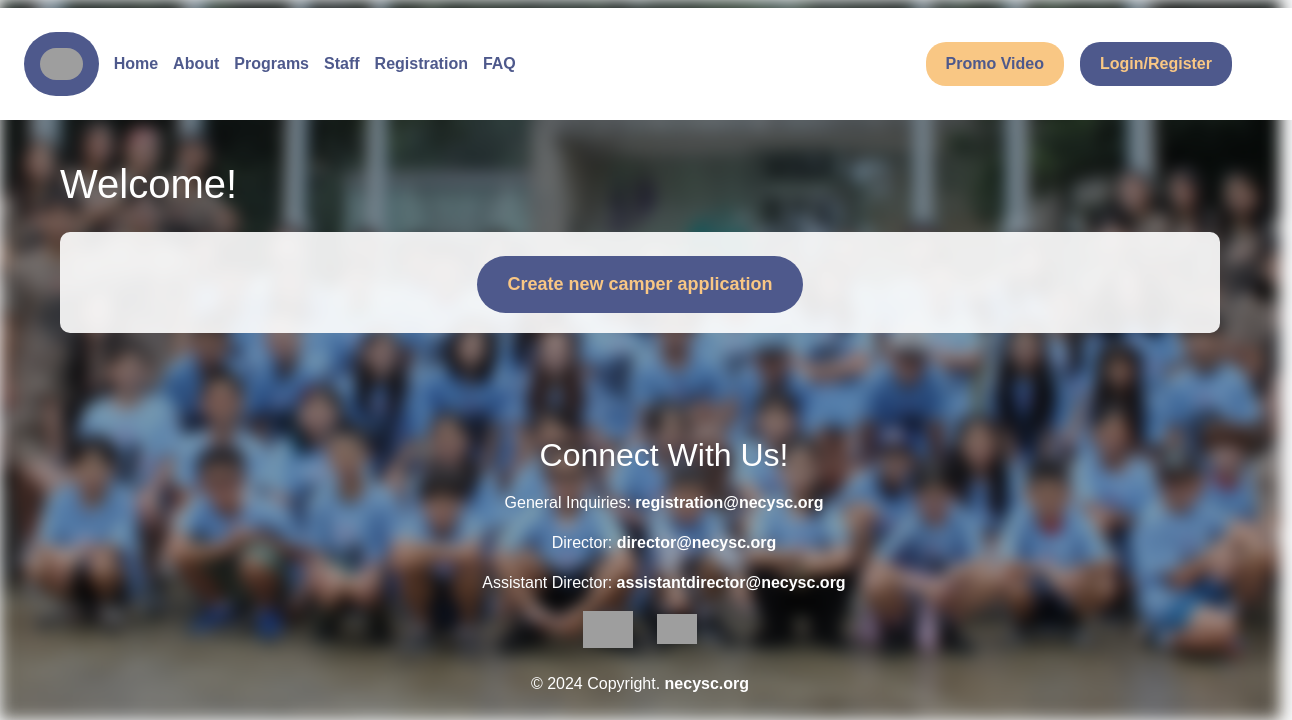
Repository: fullstackatbrown/project-necysc
Page: necysc_app/templates/necysc_app/applicant/index.html
The author's editor kept a copy of each file at every save. The page is drawn from the files as they stood at one save, then again after the next save.
The browser window is 1280 px wide. The page is 1292 px wide, so the pictures cover 1292 px, including what lies to the right of the window. The pictures show the whole page.
Pictures or frames that could not be fetched are drawn as grey boxes. Some web fonts or font styles are not loaded; a fallback is used. The template is drawn by Django 5.2. The application's start-up code is not run. Other server files are loaded and not shown. The template is opened directly, without the code that normally fills it, so the values that code supplies are empty.

Above is the page before, as saved 2024-12-04 01:54:10.

### necysc_app/templates/necysc_app/applicant/index.html
{% extends "necysc_app/base.html" %}
{% load static %}
{% block title %} Applicant Portal {% endblock %}
{% block content %}
<link rel="stylesheet" href="{% static 'necysc_app/applicant_home.css' %}">

<style>
    body {
        background-color: #f8f9fa;
        margin: 0;
        padding: 0;
        height: 100%;
        width: 100%;
        overflow: hidden;
    }

    .background {
        position: fixed;
        top: 0;
        left: 0;
        width: 100%;
        height: 100%;
        z-index: -1;
        background-image: url("{% static 'necysc_app/images/necyscbannerimage.jpg' %}");
        background-size: cover;
        background-position: center;
        filter: blur(8px);
    }

    .container {
        position: relative;
        z-index: 1;
        background-color: rgba(255, 255, 255, 0.9);
        padding: 20px;
        border-radius: 10px;
        max-width: 1200px;
        margin: auto;
        margin-top: 20px;
    }

    h1, p, a, button {
        position: relative;
        z-index: 2;
    }

    .glow {
        transition: box-shadow 0.3s ease-in-out;
    }

    .glow:hover {
        box-shadow: 0 0 20px 2px rgba(0, 0, 0, 0.15);
    }
    </style>
    <div class="background"></div>

    <h1 class="welcome-title">Welcome!</h1>
{% if applications %}
    <div class="container mb-4">
        {% for application in applications %}
        <div class="card col-4 glow">
            <a href="{% url 'necysc_app:application_detail' application.id %}" class="application-card-link">
                <div class="card-body">
                    <h5 class="card-title"><span>{{ application.applicant_fname }}
                        {{ application.applicant_lname }}</span>
                        {% if application.app_status == 'A' %}
                        <span class="badge bg-success float-end">Accepted </span>
                        {% elif application.app_status == 'P' %}
                        <span class="badge bg-secondary float-end">Pending</span>
                        {% else %}
                        <span class="badge bg-danger float-end">Rejected</span>
                        {% endif %}

                    </h5>
                    <!-- horizontal line-->
                    <hr>
                    <p class="card-text fw-light">Year: {{application.app_year}}</p>
                    <p class="card-text m-0 fw-light">Health Status: {{application.health_record_status}}</p>
                </div>

            </a>
        </div>
        {% endfor %}
    </div>
{% endif %}


<div class="container mt-4 pt-4 text-center">
    <a class="btn-purple enlarged-btn"
        href="{% url 'necysc_app:new_application' %}">Create new camper application</a>
</div>

<style>
/* 居中容器 */
.container.text-center {
    display: flex;
    justify-content: center;
    align-items: center;
    flex-direction: column;
}

/* 按钮样式 */
.btn-purple {
    background-color: #4e598c;
    color: #f9c784;
    transition: all 0.3s ease;
    border: none;
    padding: 15px 30px; /* 增加按钮的内边距 */
    cursor: pointer;
    width: auto; /* 取消固定宽度 */
    font-size: 18px; /* 增加字体大小 */
    border-radius: 50px;
}

.btn-purple:hover {
    background-color: #f9c784;
    color: #ffffff;
}

/* 放大按钮效果 */
.enlarged-btn {
    transform: scale(1); /* 默认比例 */
    transition: transform 0.3s ease;
}

.enlarged-btn:hover {
    transform: scale(1.2); /* 鼠标悬停时放大 1.2 倍 */
}

/* glow 效果 */
.glow {
    transition: box-shadow 0.3s ease-in-out;
}

.glow:hover {
    box-shadow: 0 0 20px 2px rgba(0, 0, 0, 0.15); /* 调整光晕效果 */
}
</style>

{% endblock %}

### necysc_app/templates/necysc_app/base.html
<!DOCTYPE html>
<html lang="en">
	<!-- Header -->
	{% load static %} {% include 'necysc_app/header.html' %}

	<head>
		<!-- Required meta tags -->
		<meta charset="utf-8" />
		<meta name="viewport" content="width=device-width, initial-scale=1" />

		<!--Bootstrap CSS-->
		<link
			href="https://cdn.jsdelivr.net/npm/bootstrap@5.0.2/dist/css/bootstrap.min.css"
			rel="stylesheet"
			integrity="sha384-EVSTQN3/azprG1Anm3QDgpJLIm9Nao0Yz1ztcQTwFspd3yD65VohhpuuCOmLASjC"
			crossorigin="anonymous"
		/>

		<title>{% block title %} {% endblock %}</title>
		<link rel="preconnect" href="https://fonts.googleapis.com" />
		<link rel="preconnect" href="https://fonts.gstatic.com" crossorigin />
		<link
			href="https://fonts.googleapis.com/css2?family=Roboto+Mono:ital,wght@0,100..700;1,100..700&display=swap"
			rel="stylesheet"
		/>

		<!--global Hind font-->
		<link
			href="https://fonts.googleapis.com/css2?family=Hind:wght@400;500;600&display=swap"
			rel="stylesheet"
		/>
		<style>
			body {
				font-family: "Hind", sans-serif;
			}
		</style>

	</head>

	<body>
		<!-- Navbar -->
		{% include 'necysc_app/navbar.html' %}

		<!-- Content -->
		<div class="container">{% block content %} {% endblock %}</div>

		<!-- Footer -->
		{% include 'necysc_app/footer.html' %}

		<!--Bootstrap JavaScript Plugins-->
		<script
			src="https://cdn.jsdelivr.net/npm/bootstrap@5.0.2/dist/js/bootstrap.bundle.min.js"
			integrity="sha384-MrcW6ZMFYlzcLA8Nl+NtUVF0sA7MsXsP1UyJoMp4YLEuNSfAP+JcXn/tWtIaxVXM"
			crossorigin="anonymous"
		></script>
	</body>
</html>

### necysc_app/templates/necysc_app/header.html
<!-- Header -->
<head>
    <meta charset="UTF-8" />
    <!-- Bootstrap Imports -->
    <link
      href="https://cdn.jsdelivr.net/npm/bootstrap@5.0.2/dist/css/bootstrap.min.css"
      rel="stylesheet"
      integrity="sha384-EVSTQN3/azprG1Anm3QDgpJLIm9Nao0Yz1ztcQTwFspd3yD65VohhpuuCOmLASjC"
      crossorigin="anonymous"
    />
    <link
      href="https://cdn.jsdelivr.net/npm/bootstrap-icons@1.8.1/font/bootstrap-icons.css"
      rel="stylesheet"
    />
    <script
    src="https://cdn.jsdelivr.net/npm/bootstrap@5.0.2/dist/js/bootstrap.bundle.min.js"
    integrity="sha384-MrcW6ZMFYlzcLA8Nl+NtUVF0sA7MsXsP1UyJoMp4YLEuNSfAP+JcXn/tWtIaxVXM"
    crossorigin="anonymous"
    ></script>
    <meta name="viewport" content="width=device-width, initial-scale=1" />
    {% load static %}
    <link href="{% static 'necysc_app/style.css' %}" rel="stylesheet" />
    <link rel="icon" href="{%  static 'necysc_app/images/favicon.ico' %}">
</head>

### necysc_app/templates/necysc_app/navbar.html
<!DOCTYPE html>
<html>
<head>
    <title>Your Page Title</title>
    <style>
        a {
            font-weight: bold;
            text-decoration: none;
        }

        .dropdown {
            position: relative;
            display: inline-block;
        }

        .dropdown-content {
            display: none;
            position: absolute;
            background-color: #f9f9f9;
            min-width: 160px;
            box-shadow: 0px 8px 16px 0px rgba(0, 0, 0, 0.2);
            z-index: 10;
            top: 100%;
        }

        .dropdown-content a {
            color: #4e598c;
            padding: 12px 16px;
            text-decoration: none;
            display: block;
            transition: color 0.3s ease, background-color 0.3s ease;
        }

        .dropdown-content a:hover {
            background-color: #4e598c;
            color: #F9C784;
        }

        .dropdown:hover .dropdown-content {
            display: block;
        }

        .navbar-link {
            color: #4e598c;
            transition: color 0.3s ease;
        }

        .navbar-link:hover {
            color: #F9C784;
            background: #4e598c;
            transition: color 0.3s ease;
            padding: 10px 20px;
            border-radius: 9px;
        }

        .active {
            color: #F9C784;
            background: #4e598c;
            padding: 10px 20px;
            text-decoration: none;
            border-radius: 9px;
        }


        .btn-login {
            background-color: #4e598c;
            color: #F9C784;
            transition: all 0.3s ease;
            padding: 10px 20px;
            border-radius: 20px;
            display: inline-block;
            text-align: center;
        }

        .btn-login:hover {
            background-color: #F9C784;
            color: #FFFFFF;
        }

        .btn-padding {
            padding: 10px 20px;
            border-radius: 20px;
            display: inline-block;
            text-align: center;
            background: #F9C784;
            color: #4e598c;
            transition: all 0.3s ease;
        }

        .btn-padding:hover {
            background-color: #4e598c;
            color: #ffffff;
        }


        .col-auto {
            display: flex;
            align-items: center;
        }

        img {
            height: 4rem;
            max-width: 100%;
        }

        #logobutton {
            background-color: #4e598c;
            transition: all 0.3s ease;
        }

        #logobutton:hover {
            background-color: #F9C784;
            color: #FFFFFF;
        }
    </style>
</head>
<body>

<!-- navbar sticky -->
{% load static %}
<div class="row mt-2 pt-4 pb-4 mb-3 d-flex ps-4 pe-5 align-items-center gap-3 sticky-top bg-bi-white bg-white row">

    <input type="checkbox" id="menu-toggle" class="menu-toggle">
    <label for="menu-toggle" class="hamburger">
        &#9776;
    </label>

    <div class="nav-links">

        <div class="col-auto">
            <a href="{% url 'necysc_app:index' %}" id="logo-link">
                <img src="https://www.necysc.org/v2/images/logo2.png" alt="Your Image Description" id="logobutton" class="rounded-pill p-3"/>
            </a>
        </div>

        <div class="dropdown col-auto">
            {% if request.user.is_authenticated %}
            <a href="{% url 'necysc_app:home' %}" class="navbar-link {% if request.path == '/' %}active{% endif %}">Applicant Home</a>
            {% else %}
            <a href="{% url 'necysc_app:index' %}" class="navbar-link {% if request.path == '/' %}active{% endif %}">Home</a>
            {% endif %}
        </div>

        {% if not request.user.is_authenticated %}
        <div class="dropdown col-auto">
            <a href="{% url 'necysc_app:about' %}" class="navbar-link {% if request.path == '/about/' %}active{% endif %}">About</a>
            <div class="dropdown-content">
                <a href="{% url 'necysc_app:about' %}#sponsors">Sponsors</a>
                <a href="{% url 'necysc_app:about' %}#contact">Contact Us</a>
            </div>
        </div>

        <div class="dropdown col-auto">
            <a href="{% url 'necysc_app:programs' %}" class="navbar-link {% if request.path == '/programs/' %}active{% endif %}">Programs</a>
            <div class="dropdown-content">
                <a href="{% url 'necysc_app:programs' %}#day">Day Camp</a>
                <a href="{% url 'necysc_app:programs' %}#on">Overnight Camp</a>
                <a href="{% url 'necysc_app:programs' %}#ea">ExplorAsian</a>
            </div>
        </div>

        <div class="dropdown col-auto">
            <a href="{% url 'necysc_app:staff' %}" class="navbar-link {% if request.path == '/staff/' %}active{% endif %}">Staff</a>
            <div class="dropdown-content">
                <a href="{% url 'necysc_app:staff' %}#cit">CIT</a>
                <a href="{% url 'necysc_app:staff' %}#counselor">Counselor</a>
                <a href="{% url 'necysc_app:staff' %}#ra">RA</a>
                <a href="{% url 'necysc_app:staff' %}#ops">OPs</a>
                <a href="{% url 'necysc_app:staff' %}#committee">Committee</a>
            </div>
        </div>

        <div class="dropdown col-auto">
            <a href="{% url 'necysc_app:registration' %}" class="navbar-link {% if request.path == '/registration/' %}active{% endif %}">Registration</a>
            <div class="dropdown-content">
                <a href="{% url 'necysc_app:registration' %}#importantdates">2025 Important Dates</a>
                <a href="{% url 'necysc_app:registration' %}#financialaid">Financial Aid</a>
            </div>
        </div>

        <div class="dropdown col-auto">
            <a href="{% url 'necysc_app:faq' %}" class="navbar-link {% if request.path == '/faq/' %}active{% endif %}">FAQ</a>
            <div class="dropdown-content">
                <a href="{% url 'necysc_app:faq' %}#faqregistration">Registration</a>
                <a href="{% url 'necysc_app:faq' %}#faqleavingcamp">Leaves and Visits</a>
                <a href="{% url 'necysc_app:faq' %}#faqhealth">Health and Safety</a>
                <a href="{% url 'necysc_app:faq' %}#camp">Camp Activities</a>
            </div>
        </div>
        {% endif %}

        <div class="col-auto ms-auto">
            <a href="https://youtu.be/PPZ1zu8fGl0?si=h436QWcB9vHQeV_G" target="_blank" class="btn-padding me-3">Promo Video</a>
            {% if request.user.is_authenticated %}
            <a href="{% url 'necysc_app:logout' %}" class="btn-login">Logout</a>
            {% else %}
            <a href="{% url 'necysc_app:login' %}" class="btn-login">Login/Register</a>
            {% endif %}
        </div>
    </div>
</div>

</body>
</html>

### necysc_app/templates/necysc_app/footer.html
<!-- Footer -->
<footer class="pt-4" id="contact">


  <h2 class="ps-5 mb-3 mt-5 text-center" style="color: white;">Connect With Us!</h2>
  <p class="ps-5 text-center" style="color: white;">General Inquiries:
    <a href="mailto:registration@necysc.org" style="color: white">registration@necysc.org</a>
  </p>
  <p class="ps-5 text-center" style="color: white;"> Director:
    <a href="mailto:registration@necysc.org" style="color: white">director@necysc.org</a>
  </p>
  <p class="ps-5 text-center" style="color: white;"> Assistant Director:
    <a href="mailto:registration@necysc.org" style="color: white">assistantdirector@necysc.org</a>
  </p>

  <div class="row text-center align-items-center justify-content-center">
    <div class="col-auto">
        <a href="https://www.instagram.com/NECYSC/"  target="_blank">
            <img src="https://cdn.freebiesupply.com/images/large/2x/instagram-icon-white-on-black.png" alt="Instagram Logo" style="width: 50px; height: auto;">
        </a>
    </div>
    <div class="col-auto">
      <a href="https://www.facebook.com/NECYSC"target="_blank">
          <img src="https://www.freepnglogos.com/uploads/logo-facebook-png/logo-facebook-facebook-logo-png-transparent-svg-vector-bie-supply-18.png" alt="Facebook Logo" style="width: 40px; height: auto;">
      </a>
    </div>
  </div>


  <!-- Copyright -->

  <div class="text-center p-4" style="color: white;" >
    © 2024 Copyright.
    <a class="text-reset" href="https://necysc.org/">necysc.org</a>
  </div>

</footer>
<!-- Footer -->

### necysc_app/static/necysc_app/style.css
.hero-section {
  position: relative;
  background-size: cover;
  background-position: center;
  background-repeat: no-repeat;
  color: white;
  height: 60vh;
  display: flex;
  align-items: center;
  justify-content: center;
  overflow: hidden;
}

.hero-section .overlay {
  position: absolute;
  top: 0;
  left: 0;
  width: 100%;
  height: 100%;
  background-color: rgba(0, 0, 0, 0.5);
  z-index: 1;
}

.hero-section .position-relative {
  z-index: 2;
}

.btn-purple {
  background-color: #4e598c;
  color: #f9c784;
  transition: all 0.3s ease;
  padding: 10px 20px;
  border-radius: 20px;
  display: inline-block;
  text-align: center;
  text-decoration: none;
  outline: none;
  border: none;
}

.btn-purple:hover {
  background-color: #f9c784;
  color: #ffffff;
}


.accordion-item .accordion-button:not(.collapsed) {
  background-color: #4e598c; /* Darker purple when open */
  color: #ffffff; /* White text for contrast */
}


.menu-toggle {
  display: none;
}

.hamburger {
  display: none;
  font-size: 24px;
  cursor: pointer;
  color: #4e598c;
}


.nav-links {
  display: flex;
  gap: 15px;
}


@media (max-width: 768px) {
  .nav-links {
      display: none;
      flex-direction: column;
      background-color: white;
      position: absolute;
      top: 60px;
      right: 0;
      width: 100%;
      padding: 10px;
      z-index: 1000;
  }

  .menu-toggle:checked + .hamburger + .nav-links {
      display: flex;
  }

  .hamburger {
      display: block;
  }
}

.optional {
  color: gray;
  font-style: italic;
}

.white-link {
  color: #ffffff;
  text-decoration: none;
  transition: color 0.3s ease;
}

.white-link:hover {
  color: #cccccc;
}

.welcome-title {
  color: white;
}

footer {
  position: fixed;
  bottom: 0;
  left: 0;
  width: 100%;
  z-index: 10;
}

### necysc_app/static/necysc_app/applicant_home.css
.application-card-link {
  text-decoration: none; /* Remove underline */
  color: inherit; /* Inherit text color */
}

.application-card-link:hover {
  text-decoration: none; /* Remove underline */
  color: inherit; /* Inherit text color */
}

.application-card {
  display: flex;
  flex-direction: column;
  border: 1px solid #ccc;
  border-radius: 8px;
  padding: 15px;
  width: 300px;
  height: 180px;
  box-shadow: 0 2px 5px rgba(0, 0, 0, 0.1);
  background-color: #fff;
  position: relative;
  transition: transform 0.2s;
}

.application-card:hover {
  transform: scale(1.02);
  box-shadow: inset;
}

.application-card h2 {
  font-size: 1.5em;
  margin: 0 0 10px 0;
}

.application-card h3 {
  font-size: 1.2em;
  color: #555;
}

.application-card p {
  margin: 5px 0;
}


.status {
  border-radius: 5px;
  color: #fff;
  font-weight: bold;
  z-index: 1;
}

.status.a {
  background-color: rgba(0, 128, 0, 0.2);
  color: green;
}

.status.d {
  background-color: rgba(255, 0, 0, 0.2);
  color: red;
}

.status.p {
  background-color: rgba(255, 165, 0, 0.2);
  color: orange;
}

.status.i {
  background-color: rgba(0, 0, 255, 0.2);
  color: blue;
}

.glow {
  transition: box-shadow 0.3s ease-in-out;
}

.glow:hover {
  box-shadow: 0 0 20px 2px rgba(0, 0, 0, 0.15); /* Adjust the glow effect */
}

.btn-logout {
    display: inline-block;
    padding: 8px 15px;
    background-color: #ff4444;
    color: #fff;
    text-decoration: none;
    border-radius: 5px;
    font-weight: bold;
    transition: background-color 0.3s ease;
    cursor: pointer;
    margin: 10px 0;
}

.btn-logout:hover {
    background-color: #cc0000;
}

After the next save:
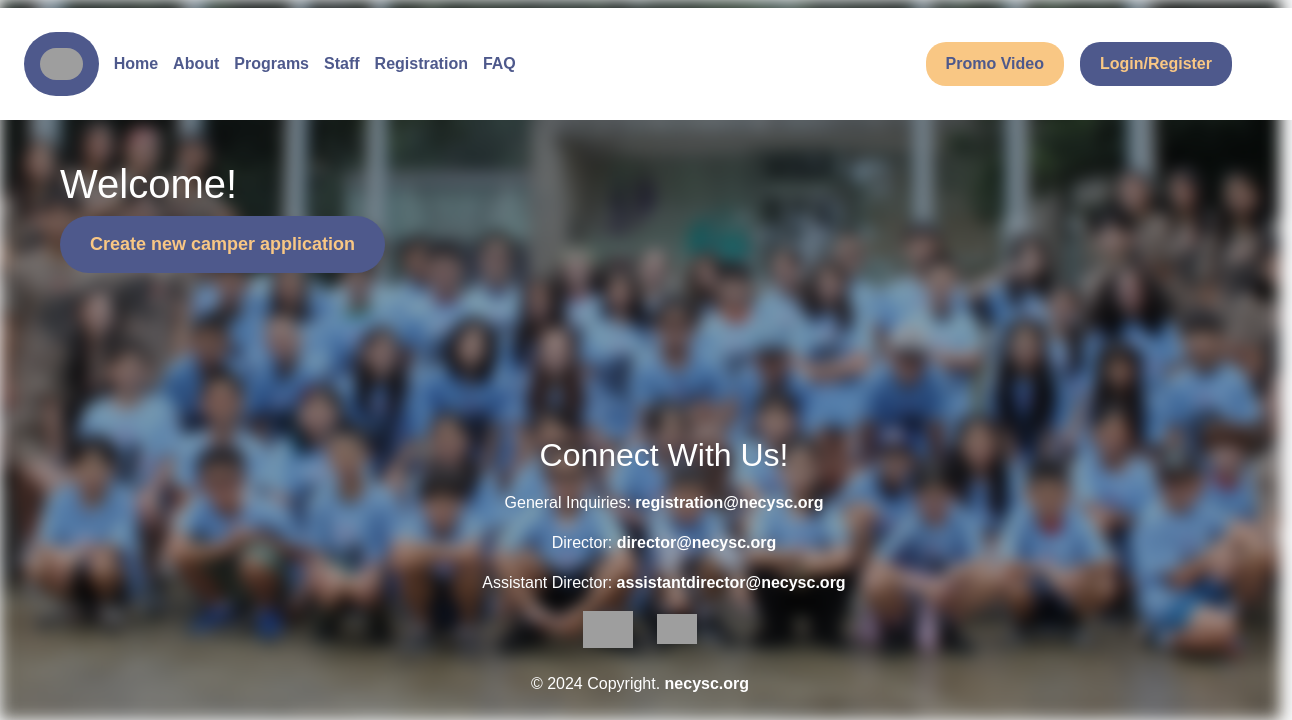
Saved 10 s later.
--- a/necysc_app/templates/necysc_app/applicant/index.html
+++ b/necysc_app/templates/necysc_app/applicant/index.html
@@ -84,7 +84,7 @@
 {% endif %}
 
 
-<div class="container mt-4 pt-4 text-center">
+
     <a class="btn-purple enlarged-btn"
         href="{% url 'necysc_app:new_application' %}">Create new camper application</a>
 </div>

After the save that followed:
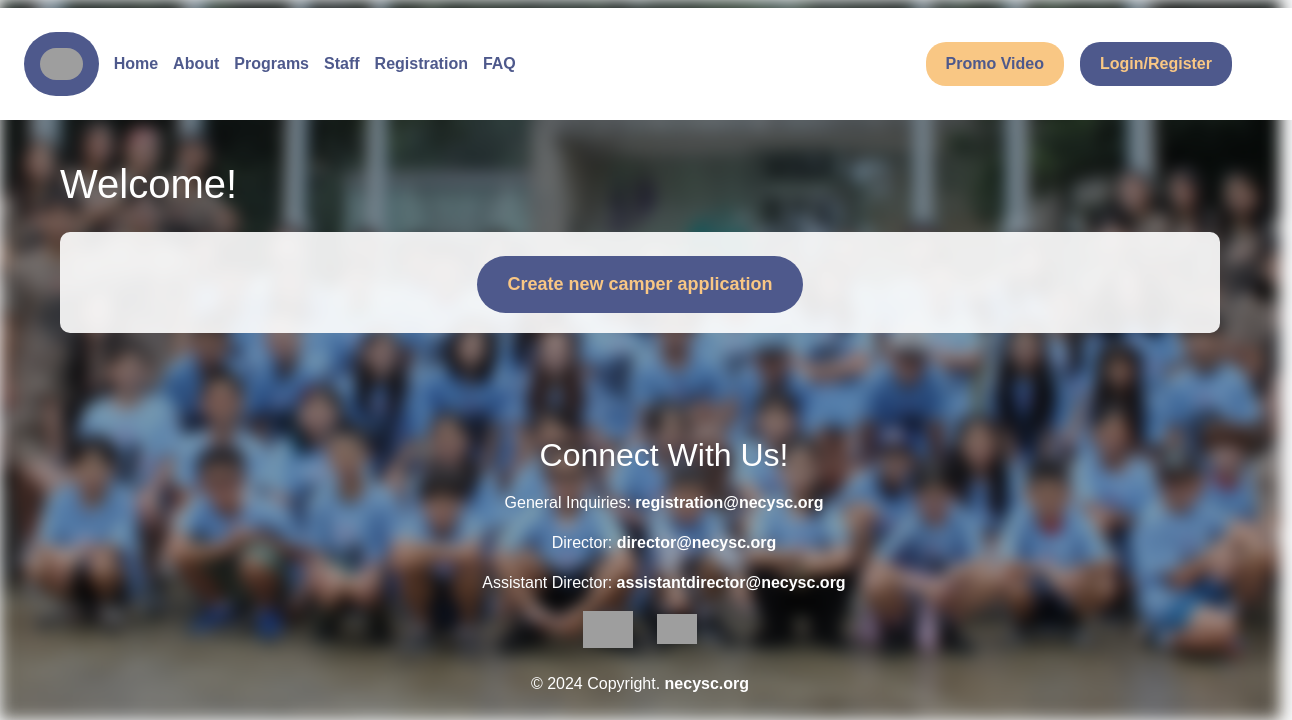
Saved 6 s later.
--- a/necysc_app/templates/necysc_app/applicant/index.html
+++ b/necysc_app/templates/necysc_app/applicant/index.html
@@ -84,7 +84,7 @@
 {% endif %}
 
 
-
+<div class="container mt-4 pt-4 text-center">
     <a class="btn-purple enlarged-btn"
         href="{% url 'necysc_app:new_application' %}">Create new camper application</a>
 </div>
